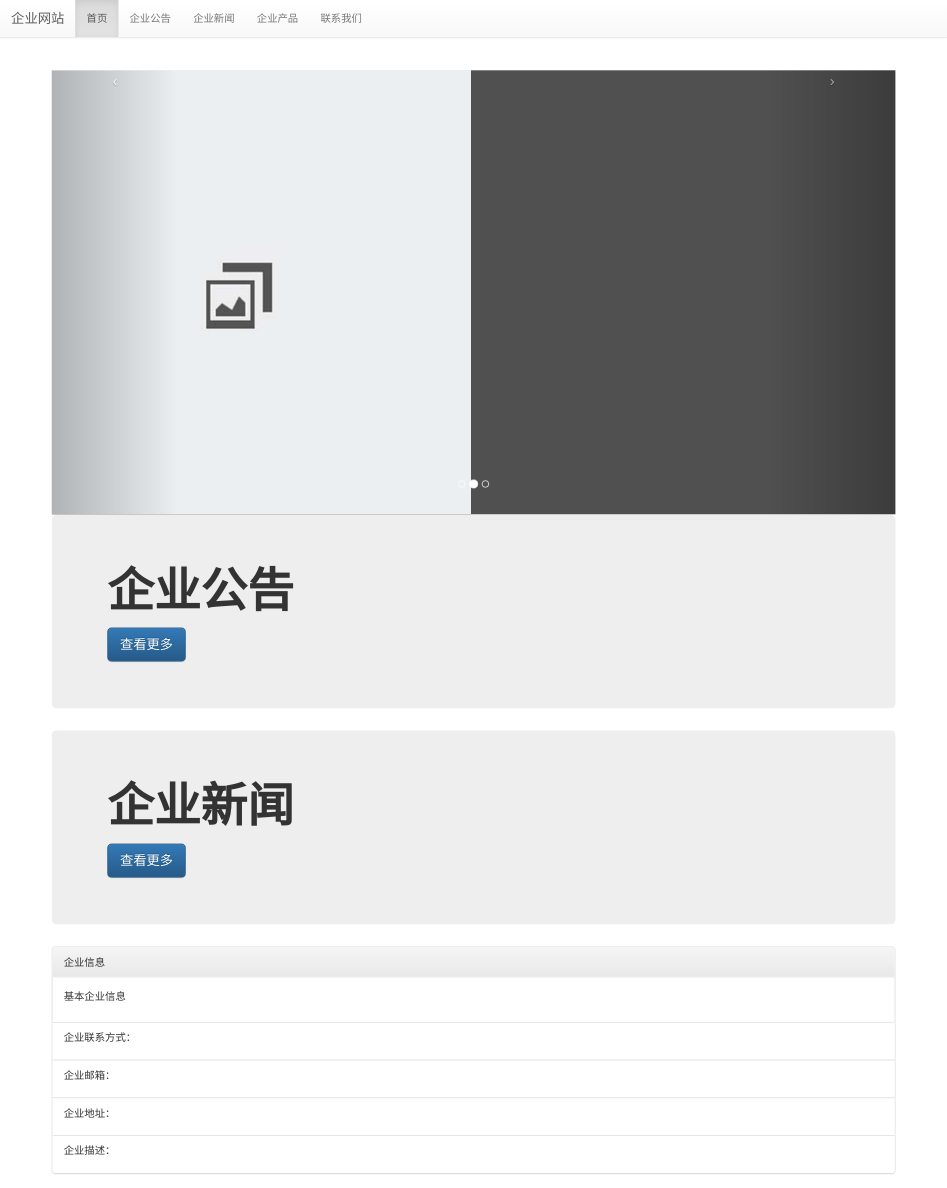
Repository: Mrzx0925/mystudyj2ee
Page: mvssh/src/main/webapp/mywrite/index.html
An editor plug-in stored every save of this project. The page is shown before and after the next save, followed by the edit.
The browser window is 1280 px wide. The pictures show the whole page, at 74% of full size.
The page's requests for data from a server got no answer.

Above is the page before, as saved 2019-12-22 11:51:56.

### mvssh/src/main/webapp/mywrite/index.html
<!DOCTYPE html>
<html lang="zh-CN" class="ax-vertical-centered">
<head>
	<meta charset="UTF-8">
	<title>企业网站</title>
	    <meta http-equiv="Content-Type" content="text/html; charset=UTF-8">
    <meta name="viewport" content="width=device-width, initial-scale=1">
	<link rel="stylesheet" href="css/bootstrap.min.css">
	    <link rel="stylesheet" href="css/bootstrap-theme.min.css">
    <link rel="stylesheet" href="css/bootstrap-admin-theme.css">
        <link rel="stylesheet" href="css/bootstrap-admin-theme.css">
        <script src="jQuery/jquery-3.1.1.min.js"></script>
        <script src="js/bootstrap.min.js"></script>

        <script src="js/bootstrap-dropdown.min.js"></script>
        <script src="js/my.js"></script>
</head>





<body class="bootstrap-admin-with-small-navbar">
<nav class="navbar navbar-default navbar-fixed-top" role="navigation">
    <div class="container-fluid">
        <div class="navbar-header">
            <a class="navbar-brand" href="#">企业网站 </a>
        </div>

          <ul class="nav navbar-nav">
            <li class="active"><a href="index.html">首页</a></li>
            <li><a href="gonggao.html">企业公告</a></li>
            <li ><a href="xinwen.html">企业新闻</a></li>
    		<li><a href="qiyechanpin.html">企业产品</a></li>
      		<li><a href="lianxi.html">联系我们</a></li>
        </ul>


    </div>
</nav>


<div class="container">

    <div class="row">

    <div class="col-lg-12">
        <div id="myCarousel" class="carousel slide" style="height: 600px;background: #505050"">
                     <!-- 轮播（Carousel）指标 -->
                <ol class="carousel-indicators">
                    <li data-target="#myCarousel" data-slide-to="0" class="active"></li>
                    <li data-target="#myCarousel" data-slide-to="1"></li>
                    <li data-target="#myCarousel" data-slide-to="2"></li>
                </ol>

                 <!-- 轮播（Carousel）项目 -->
                    <input type="hidden" value="2" id="BasePath"/>
                        <div class="carousel-inner">
                            <div class="item active">
                                <img src="img/notfound.jpg" alt="First slide" class="img-responsive center-block" id="img1" onclick="javascript:show()">
                                 <div class="carousel-caption"><p id="p1"></p></div>
                            </div>
                            <div class="item">
                                <img src="img/notfound.jpg" alt="Second slide" class="img-responsive center-block" id="img2" onclick="javascript:show()">
                                 <div class="carousel-caption"><p id="p2"></p></div>
                            </div>
                            <div class="item">
                                <img src="img/notfound.jpg" alt="Third slide" class="img-responsive center-block" id="img3" onclick="javascript:show()">
                                 <div class="carousel-caption"><p id="p3"></p></h1></div>
                            </div>
                        </div>

                    <!-- 轮播（Carousel）导航 -->
                    <a class="carousel-control left" href="#myCarousel"
                        data-slide="prev">&lsaquo;
                    </a>
                    <a class="carousel-control right" href="#myCarousel"
                        data-slide="next">&rsaquo;
                    </a>
        </div>
    </div>

        <div class="col-lg-12"></div>

             <div class="col-lg-12">
                <div class="jumbotron">
                    <div class="container">
                        <h1 style="font-weight:bold;">企业公告</h1>
                        <p id="noticeTitle"></p>

                        <p><a class="btn btn-primary btn-lg" role="button" href="">
                            查看更多</a>
                        </p>
                    </div>
                </div>
            </div>
            <div class="col-lg-12">
                <div class="jumbotron">
                    <div class="container">
                            <h1 style="font-weight:bold;">企业新闻</h1>
                            <p id="articleTitle"></p>
                            <p><a class="btn btn-primary btn-lg" role="button" href="11111111">
                                查看更多</a>
                            </p>
                    </div>
                </div>
            </div>



    <div class="col-lg-12">
        <div class="panel panel-default">
            <div class="panel-heading">企业信息</div>
            <div class="panel-body">
                <p>
                    基本企业信息
                </p>
            </div>
            <ul class="list-group">
                <li class="list-group-item">企业联系方式：<p id="phone"></p></li>
                <li class="list-group-item">企业邮箱：<p id="email"></p></li>
                <li class="list-group-item">企业地址：<p id="location"></p></li>
                <li class="list-group-item">企业描述：<p id="cdesc"></p></li>
            </ul>
        </div>

</div>

</div>
</div>

</body>
</html>

### mvssh/src/main/webapp/mywrite/js/my.js
$(function() {
	$('#myCarousel').carousel('cycle');
});

$(document).ready(function() {

	$.ajax({
		type : 'get',
		url : "index_companyInfo",
		cache : false,
		success : function(data) {
			$("#phone").html(data.phone);
			$("#email").html(data.email);
			$("#location").html(data.location);
			$("#cdesc").html(data.cdesc);
		},
		error : function() {
			alert("请求失败")
		}
	})


});

Loaded but not shown: mvssh/src/main/webapp/mywrite/css/bootstrap.min.css (library); mvssh/src/main/webapp/mywrite/css/bootstrap-theme.min.css (library); mvssh/src/main/webapp/mywrite/css/bootstrap-admin-theme.css (library); mvssh/src/main/webapp/mywrite/jQuery/jquery-3.1.1.min.js (library); mvssh/src/main/webapp/mywrite/js/bootstrap.min.js (library); mvssh/src/main/webapp/mywrite/js/bootstrap-dropdown.min.js (common file)

After the next save:
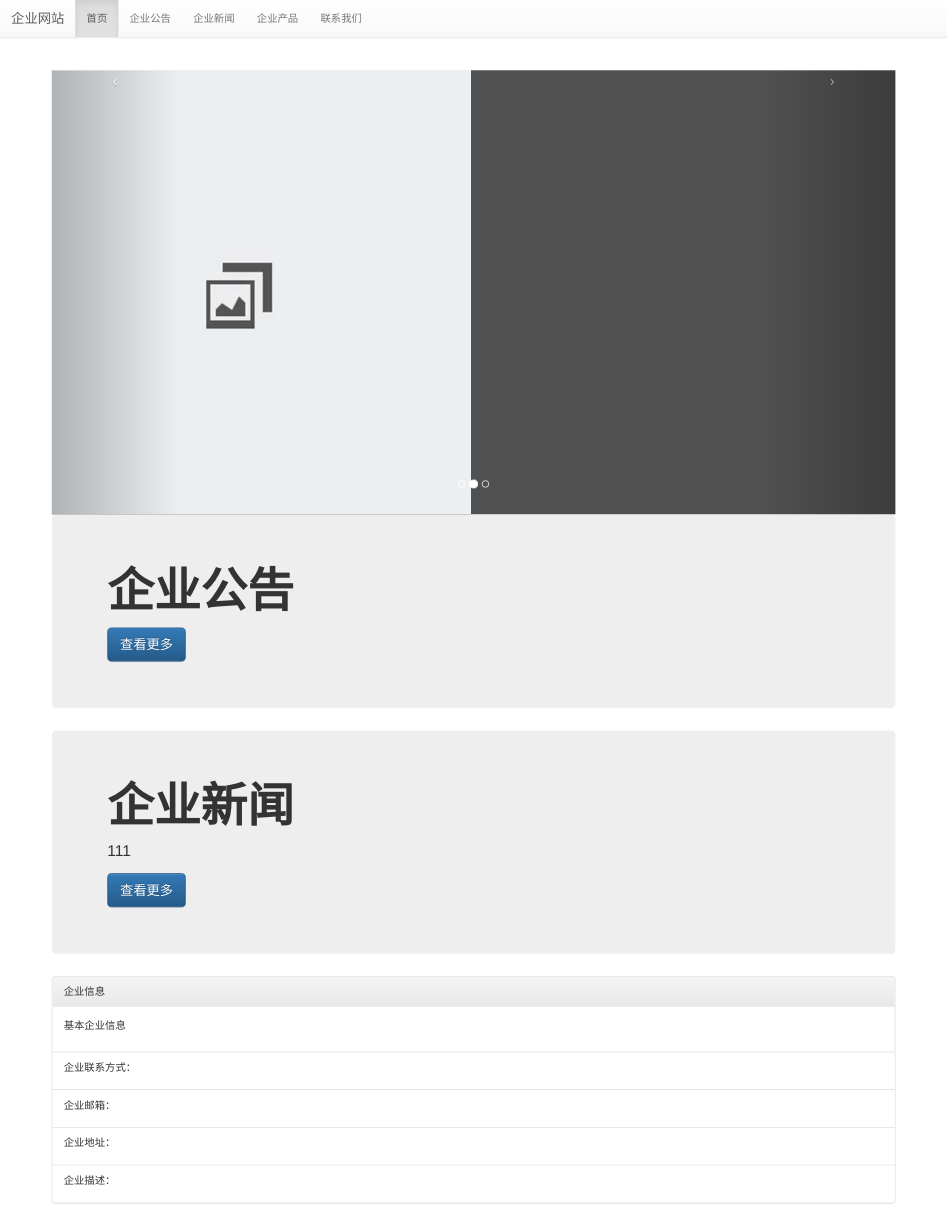
Saved 7 s later.
--- a/mvssh/src/main/webapp/mywrite/index.html
+++ b/mvssh/src/main/webapp/mywrite/index.html
@@ -98,8 +98,8 @@
                 <div class="jumbotron">
                     <div class="container">
                             <h1 style="font-weight:bold;">企业新闻</h1>
-                            <p id="articleTitle"></p>
-                            <p><a class="btn btn-primary btn-lg" role="button" href="11111111">
+                            <p id="articleTitle">111</p>
+                            <p><a class="btn btn-primary btn-lg" role="button" href="">
                                 查看更多</a>
                             </p>
                     </div>
